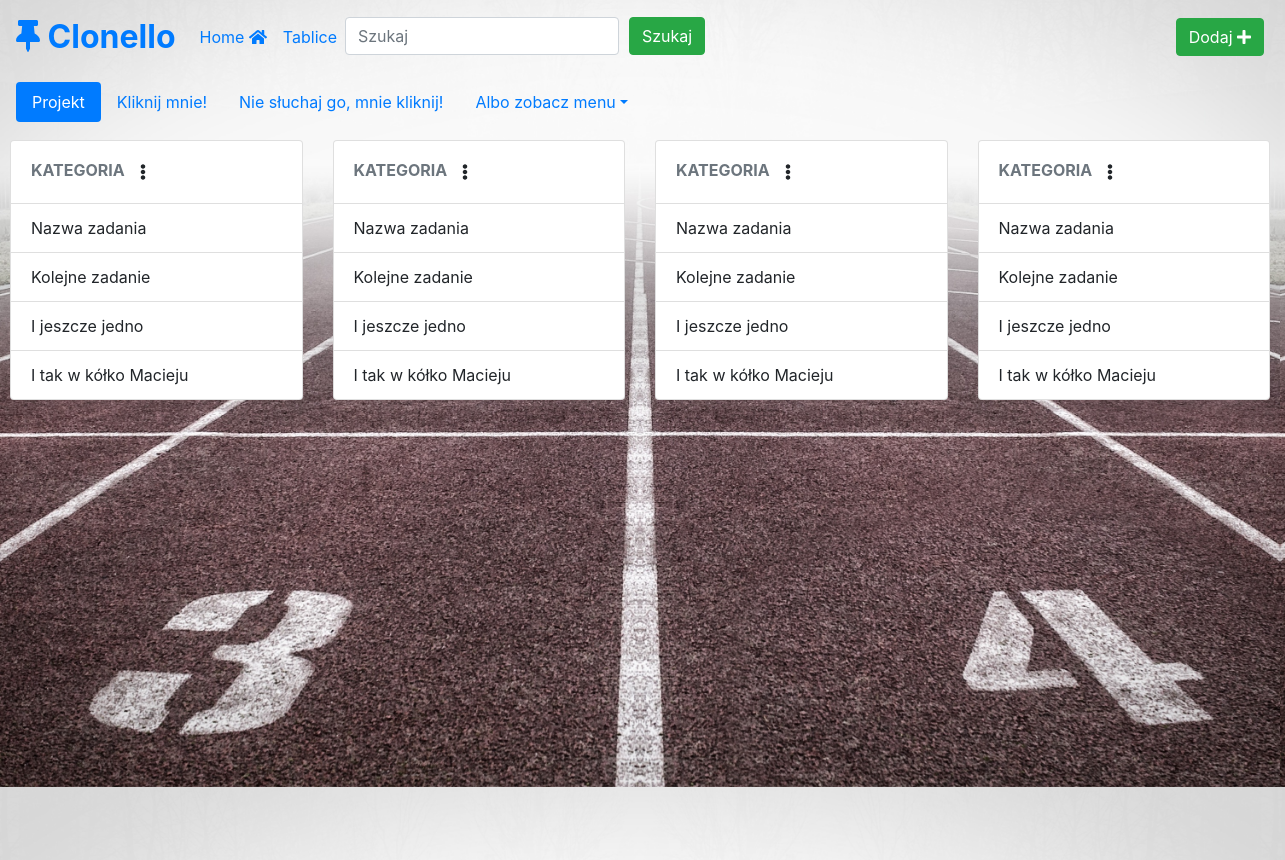
Repository: jnehlt/PAW-lab
Page: / (app in Frontend/clonello/)
An editor plug-in stored every save of this project. The page is shown before and after the next save, followed by the edit.
The browser window is 1280 px wide. The page is 1285 px wide, so the pictures cover 1285 px, including what lies to the right of the window. The pictures show the whole page.
The project was rebuilt for these pictures with package versions that can differ from the ones it lists, and the page was loaded fresh each time.

Above is the page before, as saved 2020-04-24 22:31:35.

After the next save:
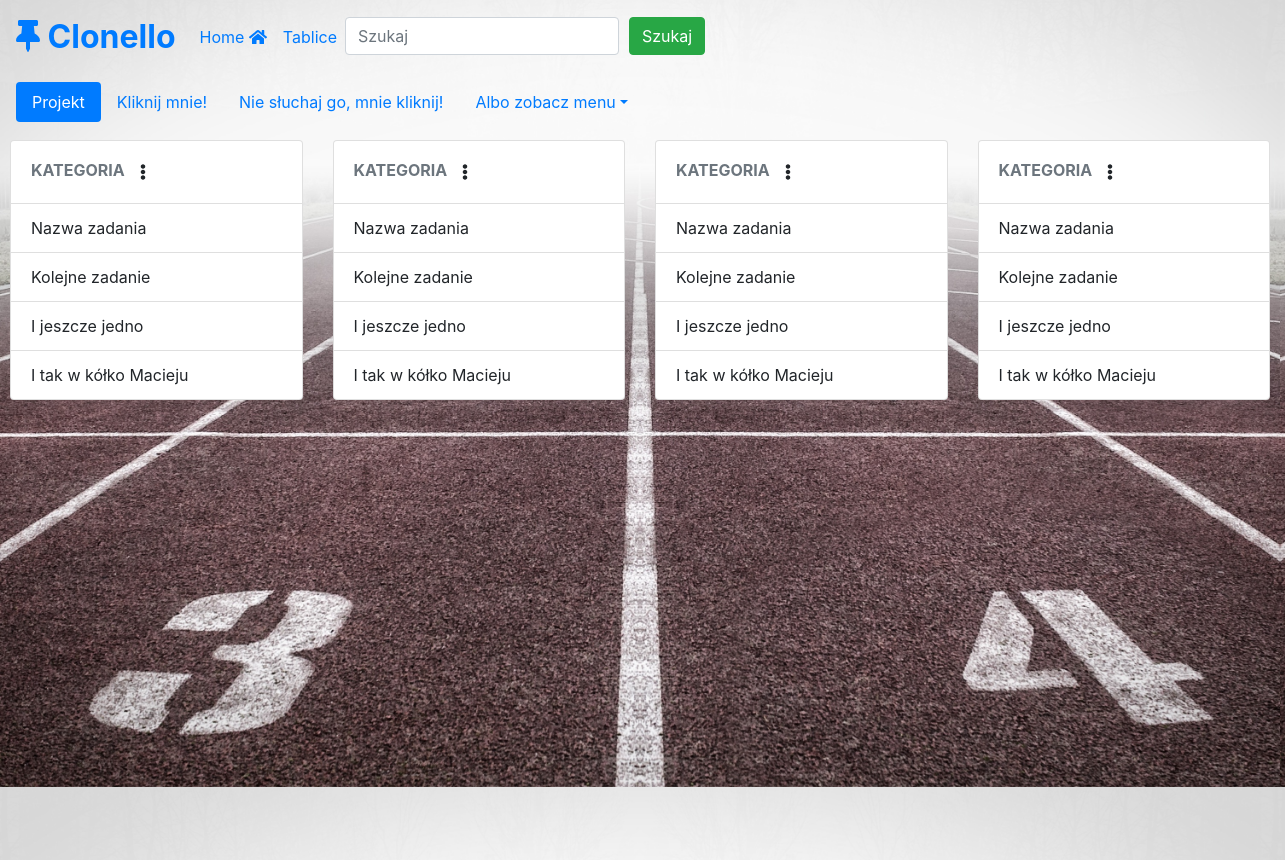
Saved 13 s later.
--- a/Frontend/clonello/src/components/TopHeader.vue
+++ b/Frontend/clonello/src/components/TopHeader.vue
@@ -22,8 +22,8 @@
         </ul>
         <ul class="navbar-right navbar-nav">
           <li>
-            <button class="btn btn-success" type="button" data-toggle="collapse" data-target="#collapseAdd" aria-expanded="false" aria-controls="collapseAdd">Dodaj <i class="fas fa-plus"></i>
-            </button>
+            <button <!-- class="btn btn-success" type="button" data-toggle="collapse" data-target="#collapseAdd" aria-expanded="false" aria-controls="collapseAdd">Dodaj <i class="fas fa-plus"></i>
+            </button> -->
             <div class="dropdown-menu dropdown-menu-right" id="collapseAdd">
               <a class="dropdown-item" href="#">Tablicę</a>
               <a class="dropdown-item" href="#">Zespół</a>
